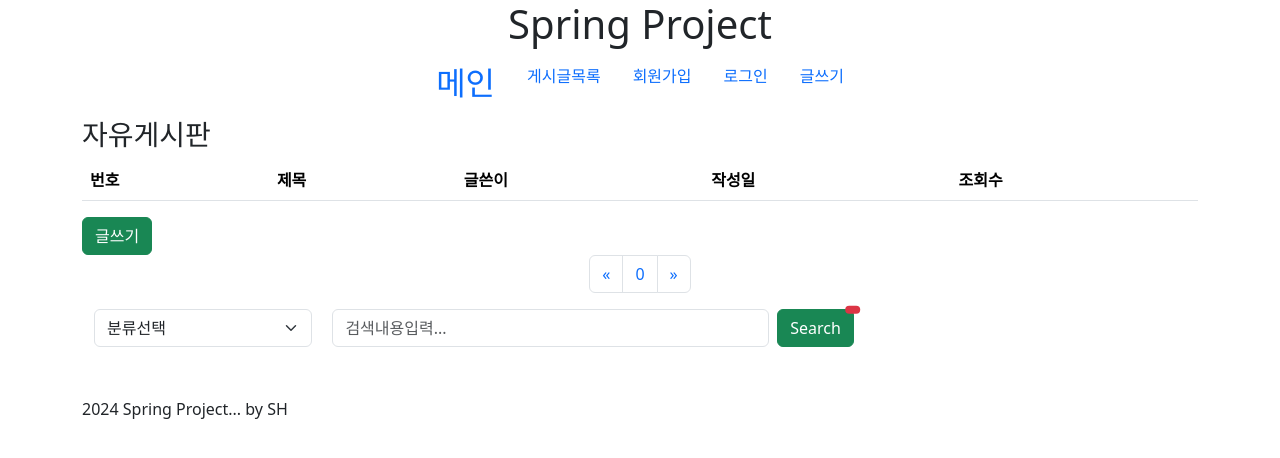
Repository: dtkd19/spring_personal_project
Page: http://localhost/myproject/WEB-INF/views/board/list.jsp
An editor plug-in stored every save of this project. The page is shown before and after a run of saves, followed by the edit.
The browser window is 1280 px wide. The pictures show the whole page.
The page is served by Tomcat 9. Nobody is signed in. The template is opened directly, without the code that normally fills it, so the values that code supplies are empty.

Above is the page before, as saved 2024-11-07 08:36:23.

After the next 2 saves:
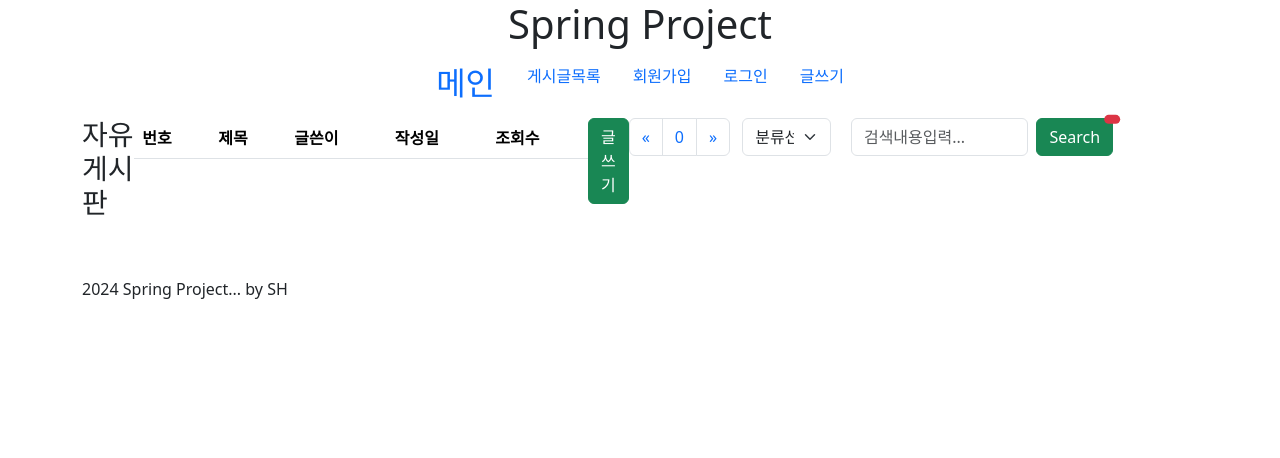
The 2 saves are shown as one change because they came seconds apart.
The last was saved 38 s later.
--- a/myproject/src/main/webapp/WEB-INF/views/board/list.jsp
+++ b/myproject/src/main/webapp/WEB-INF/views/board/list.jsp
@@ -4,7 +4,7 @@
 
 <jsp:include page="../layout/header.jsp" />
 
-	<div class="container-md">
+	<div class="container-md" style="display: flex">
 	<h3>자유게시판</h3>
 	<table class="table table-hover">
 		<thead>

After the save that followed:
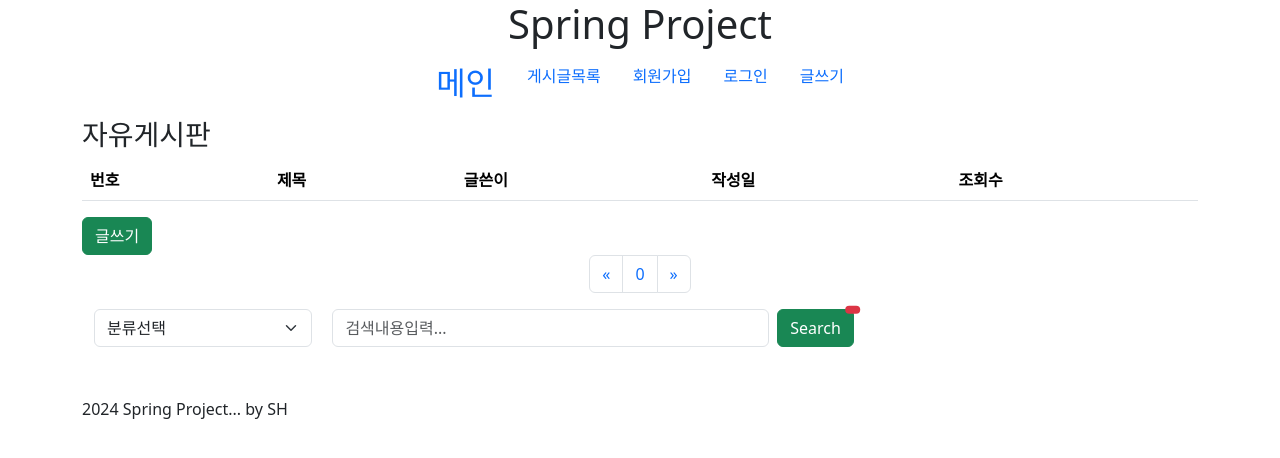
Saved 7 s later.
--- a/myproject/src/main/webapp/WEB-INF/views/board/list.jsp
+++ b/myproject/src/main/webapp/WEB-INF/views/board/list.jsp
@@ -4,7 +4,7 @@
 
 <jsp:include page="../layout/header.jsp" />
 
-	<div class="container-md" style="display: flex">
+	<div class="container-md">
 	<h3>자유게시판</h3>
 	<table class="table table-hover">
 		<thead>
